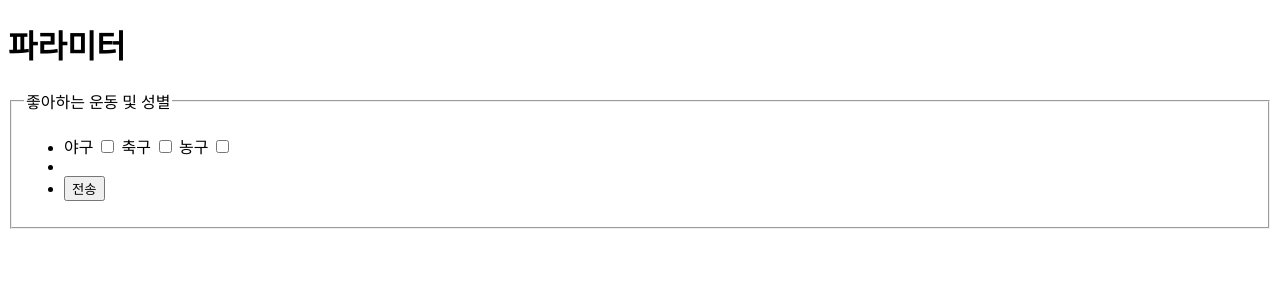
Repository: noopzzya/study_jsp_globalin
Page: ServletProject/src/main/webapp/Sport.html
The author's editor kept a copy of each file at every save. The page is drawn from the files as they stood at one save, then again after the next save.
The browser window is 1280 px wide. The pictures show the whole page.

Above is the page before, as saved 2023-01-26 03:18:23.

### ServletProject/src/main/webapp/Sport.html
<!DOCTYPE html>
<html>
<head>
<meta charset="utf-8">
<title>getParameterValues</title>
</head>
<body>
<h1>파라미터</h1>
	<form action="Sport" method="post">
		<fieldset>
			<legend>좋아하는 운동 및 성별</legend>
			<ul>
				<li>
					<label for="baseball">야구</label>
					<input type="checkbox" name="sports" value="야구">

					<label for="football">축구</label>
					<input type="checkbox" name="sports" value="축구">

					<label for="basketball">농구</label>
					<input type="checkbox" name="sports" value="농구">
				</li>

				<li></li>
				<li><input type="submit" value="전송"></li>
			</ul>
		</fieldset>

	</form>
</body>
</html>

After the next save:
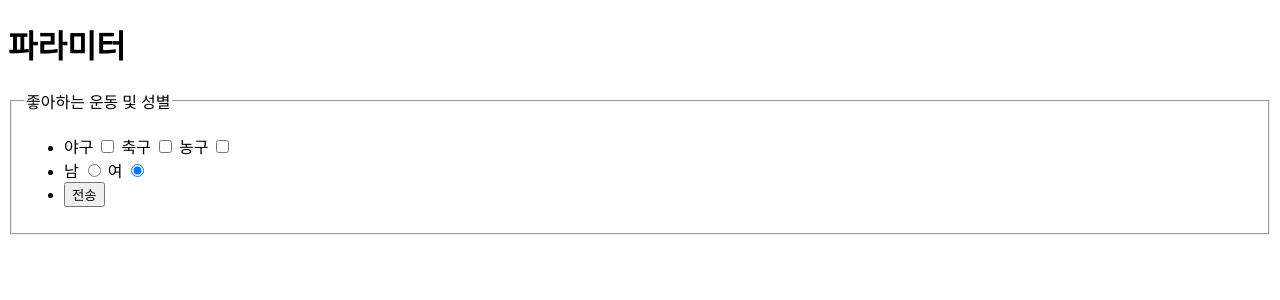
Saved 2 min 24 s later.
--- a/ServletProject/src/main/webapp/Sport.html
+++ b/ServletProject/src/main/webapp/Sport.html
@@ -10,7 +10,7 @@
 		<fieldset>
 			<legend>좋아하는 운동 및 성별</legend>
 			<ul>
-				<li>
+				<li> <!-- 파라미터가 같을 경우 value로 구분 -->
 					<label for="baseball">야구</label>
 					<input type="checkbox" name="sports" value="야구">
 
@@ -21,7 +21,14 @@
 					<input type="checkbox" name="sports" value="농구">
 				</li>
 
-				<li></li>
+				<li>
+					<label for="gender">남</label>
+					<input type="radio" name="gender" value="남자">
+
+					<label for="gender">여</label>
+					<input type="radio" name="gender" value="여자" checked="checked">
+				</li>
+
 				<li><input type="submit" value="전송"></li>
 			</ul>
 		</fieldset>
